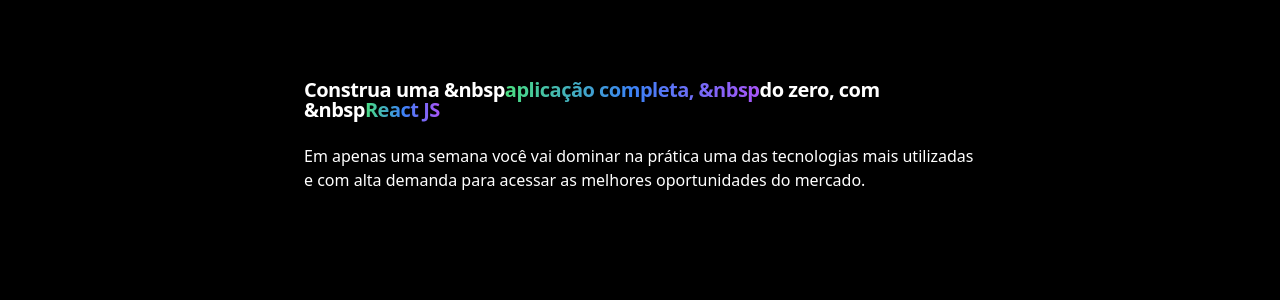
Repository: LuisSempre/Ignite-Lab---ReactJs-2022
Page: /
An editor plug-in stored every save of this project. The page is shown before and after a run of saves, followed by the edit.
The browser window is 1280 px wide. The pictures show the whole page.
The project was rebuilt for these pictures with package versions that can differ from the ones it lists, and the page was loaded fresh each time. Also part of the build but not shown: vite.config.ts, components/Header.tsx, components/Lesson.tsx, components/Sidebar.tsx, pages/Event.tsx. Imported but missing from the stored project, and not drawn on this page: components/Video.

Above is the page before, as saved 2022-06-24 23:37:33.

### index.html
<!DOCTYPE html>
<html lang="en">
  <head>
    <meta charset="UTF-8" />
    <link rel="icon" type="image/svg+xml" href="/src/icon.png" />
    <meta name="viewport" content="width=device-width, initial-scale=1.0" />
    <title>Vite App</title>
  </head>
  <body>
    <div id="root"></div>
    <script type="module" src="/src/main.tsx"></script>
  </body>
</html>

### src/main.tsx
import React from 'react'
import ReactDOM from 'react-dom/client'
import App from './App'
import './index.css'

ReactDOM.createRoot(document.getElementById('root')!).render(
  <React.StrictMode>
      <App />
  </React.StrictMode>
)

### src/App.tsx
import { ApolloProvider, gql, useQuery } from "@apollo/client"
import { Router } from "../Router"
import { client } from '../lib/apollo'
import { BrowserRouter } from "react-router-dom"

function App() {
  return (
    <ApolloProvider client={client}>
      <BrowserRouter>
        <Router />
      </BrowserRouter>
    </ApolloProvider>
  )
}

export default App

### Router.tsx
import { Route, Routes } from "react-router-dom";
import { Event } from './pages/Event'
import { Subscribe } from './pages/Subscribe'
export function Router() {
    return(
      <Routes>
           <Route path="/" element={<Subscribe />}/>
           <Route path="/event" element={<Event />}/>
           <Route path="/event/lesson/:slug" element={<Event />}/>
      </Routes>
    )
}

### lib/apollo.ts
import { ApolloClient, InMemoryCache } from "@apollo/client";

export const client = new ApolloClient({
  uri: 'https://api-sa-east-1.graphcms.com/v2/cl4n4k5w68h3x01yra00r5rzf/master',
  cache: new InMemoryCache(),
})

### pages/Subscribe.tsx
export function Subscribe() {

    return (
        <div className='flex flex-col items-center min-h-screen'>
            <div className="flex items-center justify-between max-w-6xl mx-auto mt-20">
                <div className="max-w-2xl">
                    <h1 className="mb-6 text-xl font-extrabold leading-none tracking-normal md:tracking-tight">
                        Construa uma &nbsp
                         <span className="block w-full text-transparent bg-clip-text bg-gradient-to-r from-green-400 via-blue-500 to-purple-500 lg:inline">
                            aplicação completa, &nbsp
                        </span>
                        do zero, com &nbsp
                         <span className="block w-full text-transparent bg-clip-text bg-gradient-to-r from-green-400 via-blue-500 to-purple-500 lg:inline">
                             React JS
                        </span>
                    </h1>
                    <p>
                        Em apenas uma semana você vai dominar na prática uma das tecnologias mais utilizadas e com alta demanda para acessar as melhores oportunidades do mercado.
                    </p>
                </div>
            </div>
        </div>
    )
}

Loaded but not shown: src/index.css (common file); tailwind.config.js (common file)

After the next 2 saves:
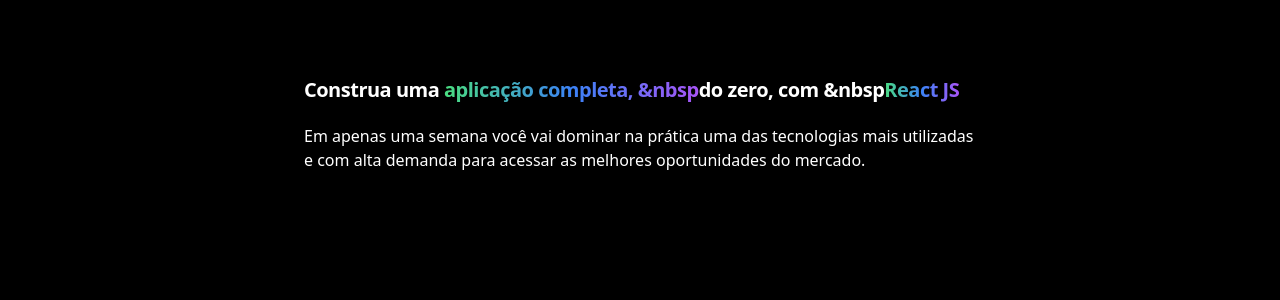
The 2 saves are shown as one change because they came seconds apart.
The last was saved 19 s later.
--- a/pages/Subscribe.tsx
+++ b/pages/Subscribe.tsx
@@ -5,7 +5,7 @@
             <div className="flex items-center justify-between max-w-6xl mx-auto mt-20">
                 <div className="max-w-2xl">
                     <h1 className="mb-6 text-xl font-extrabold leading-none tracking-normal md:tracking-tight">
-                        Construa uma &nbsp
+                        Construa uma&nbsp;
                          <span className="block w-full text-transparent bg-clip-text bg-gradient-to-r from-green-400 via-blue-500 to-purple-500 lg:inline">
                             aplicação completa, &nbsp
                         </span>
